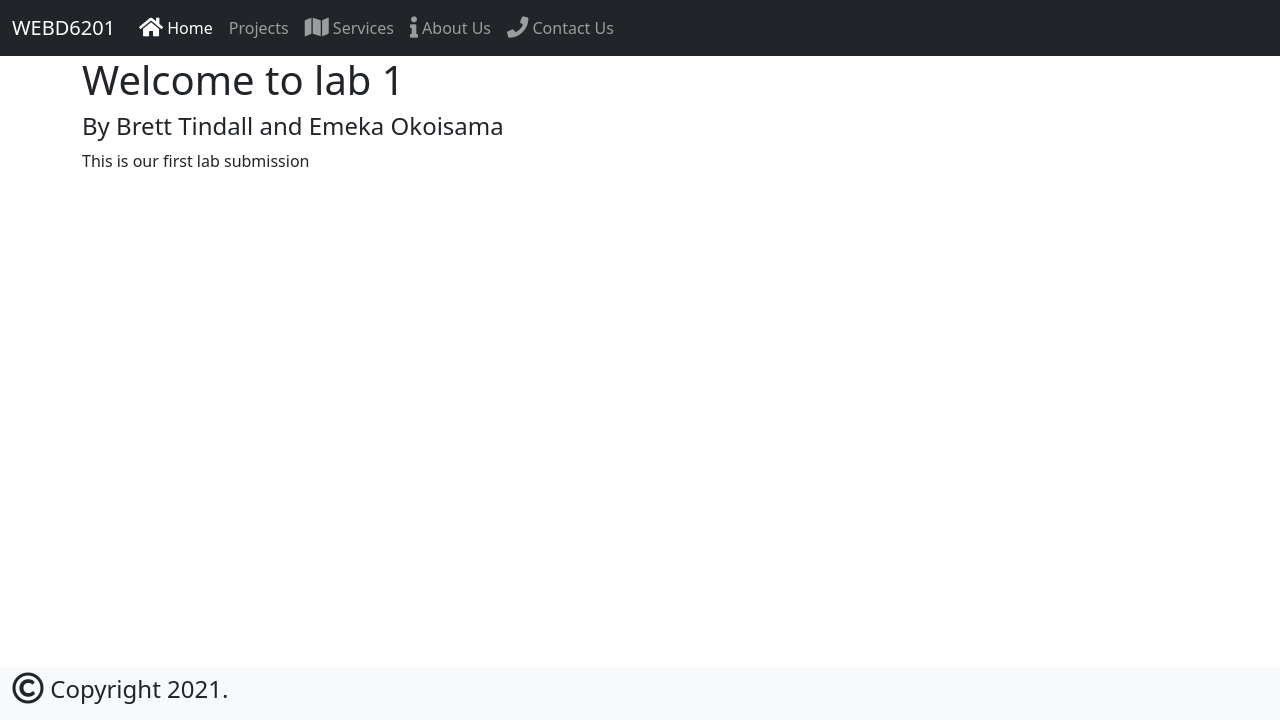
Repository: Sub4Sub/Lab_1
Page: index.html
The author's editor kept a copy of each file at every save. The page is drawn from the files as they stood at one save, then again after the next save.
The browser window is 1280 px wide. The pictures show the whole page.

Above is the page before, as saved 2021-02-04 22:12:31.

### index.html
<!DOCTYPE html>
<html lang="en">
<head>
    <meta charset="UTF-8">
    <meta name="viewport" content="width=device-width, initial-scale=1.0">
    <title>Home</title>
    <!-- CSS Section -->
    <link rel="stylesheet" href="./node_modules/bootstrap/dist/css/bootstrap.min.css">
    <link rel="stylesheet" href="./node_modules/@fortawesome/fontawesome-free/css/all.min.css">
    <link rel="stylesheet" href="./Content/app.css">
</head>
<body>
    <!-- Main Header -->
    <header>
        <!-- Main Navigation -->
        <nav class="navbar navbar-expand-lg navbar-dark bg-dark">
            <div class="container-fluid">
              <a class="navbar-brand" href="index.html">WEBD6201</a>
              <button class="navbar-toggler" type="button" data-bs-toggle="collapse" data-bs-target="#navbarSupportedContent" aria-controls="navbarSupportedContent" aria-expanded="false" aria-label="Toggle navigation">
                <span class="navbar-toggler-icon"></span>
              </button>
              <div class="collapse navbar-collapse" id="navbarSupportedContent">
                <ul class="navbar-nav me-auto mb-2 mb-lg-0">
                  <li class="nav-item">
                    <a class="nav-link active" aria-current="page" href="index.html"><i class="fas fa-home fa-lg"></i> Home</a>
                  </li>

                  <li class="nav-item">
                    <a class="nav-link" id="products" aria-current="page" href="products.html"><i class="fas fa-cog fa-lg"></i> Products</a>
                  </li>

                  <li class="nav-item">
                    <a class="nav-link" aria-current="page" href="services.html"><i class="fas fa-map fa-lg"></i> Services</a>
                  </li>

                  <li class="nav-item">
                    <a class="nav-link" aria-current="page" href="about.html"><i class="fas fa-info fa-lg"></i> About Us</a>
                  </li>

                  <li class="nav-item">
                    <a class="nav-link" aria-current="page" href="contact.html"><i class="fas fa-phone fa-lg"></i> Contact Us</a>
                  </li>
                </ul>
              </div>
            </div>
          </nav>
    </header>

    <!-- Main Content -->
    <main class="container">
    </main>

    <!-- Main Footer -->
    <footer>
        <nav class="navbar fixed-bottom navbar-light bg-light">
            <div class="container-fluid">
              <h4><i class="far fa-copyright fa-lg"></i> Copyright 2021.</h4>
            </div>
          </nav>
    </footer>

    <!-- Script Section-->
    <script src="./node_modules/jquery/dist/jquery.min.js"></script>
    <script src="./node_modules/bootstrap/dist/js/bootstrap.bundle.min.js"></script>
    <script src="./Scripts/app.js"></script>
</body>
</html>

### Scripts/app.js

"use strict";


(function()
{

    function displayHome()
    {
        let indexHeading = document.createElement("h1");

        indexHeading.setAttribute("id", "indexHeading");
        indexHeading.textContent = "Welcome to lab 1";
        //indexHeading.className = "fs-4 fw-bold";

        let mainContent = document.querySelector("main");
        mainContent.appendChild(indexHeading);

        let newDivTag = document.createElement("div");
        newDivTag.innerHTML =
        `<h4>By Brett Tindall and Emeka Okoisama</h4>
        <p id="paragraphThree"> This is our first lab submission </p>`;

        mainContent.append(newDivTag);
    }

    function displayContact()
    {
      let contactHeading = document.createElement("h1");

      contactHeading.setAttribute("id", "contactHeading");
      contactHeading.textContent = "Enter a Contact";

      let mainContent = document.querySelector("main");
      mainContent.appendChild(contactHeading);

      let newDivTag = document.createElement("div");
      newDivTag.innerHTML =
      `<div id="messageArea"></div>

      <div class="row justify-content-lg-center g-3">
        <form class="col-lg-6 col-md-10 col-sm-10">

          <div class="input-group mb-3">
            <span class="input-group-text" id="inputGroup-sizing-default">Full Name </span>
            <input id="fullName" type="text" class="form-control" aria-label="Full Name" aria-describedby="Full Name Input"
            name="fullName" required>
          </div>

          <div class="input-group mb-3">
            <span class="input-group-text" id="inputGroup-sizing-default">Contact Number</span>
            <input id="contactNumber" type="tel" class="form-control" aria-label="Contact Number" aria-describedby="Contact Number Input"
            name="contactNumber" required>
          </div>

          <div class="input-group mb-3">
            <span class="input-group-text" id="inputGroup-sizing-default">Email</span>
            <input id="emailAddress" type="email" class="form-control" aria-label="Email Address" aria-describedby="Email Address Input"
            name="emailAddress" required>
          </div>

          <button id="sendButton" type="submit" class="btn btn-primary"><i class="fas fa-envelope fa-lg"></i> Send</button>
          <button id="cancelButton" type="reset" class="btn btn-warning"><i class="fas fa-undo fa-lg"></i> Cancel</button>
        </form>
      </div>`;

      mainContent.append(newDivTag);



      let sendButton = document.getElementById("sendButton");

        sendButton.addEventListener("click", function(event){

          window.location.href = '/index.html';

        });

    }

    function Start()
    {
        console.log("App Started...");

        let productsButton = document.getElementById("products");

        productsButton.textContent = "Projects";

        switch (document.title)
        {
          case "Home":
              displayHome();
            break;
          case "About":
              displayAbout();
            break;
          case "Projects":
              displayProjects();
            break;
          case "Services":
              displayServices();
            break;
          case "Contact":
              displayContact();
            break;
        }

    }

    window.addEventListener("load", Start);

})();

Loaded but not shown: node_modules/bootstrap/dist/css/bootstrap.min.css (library); node_modules/@fortawesome/fontawesome-free/css/all.min.css (library); node_modules/jquery/dist/jquery.min.js (library); node_modules/bootstrap/dist/js/bootstrap.bundle.min.js (library); Content/app.css (no stored copy; drawn as an empty file)

After the next save:
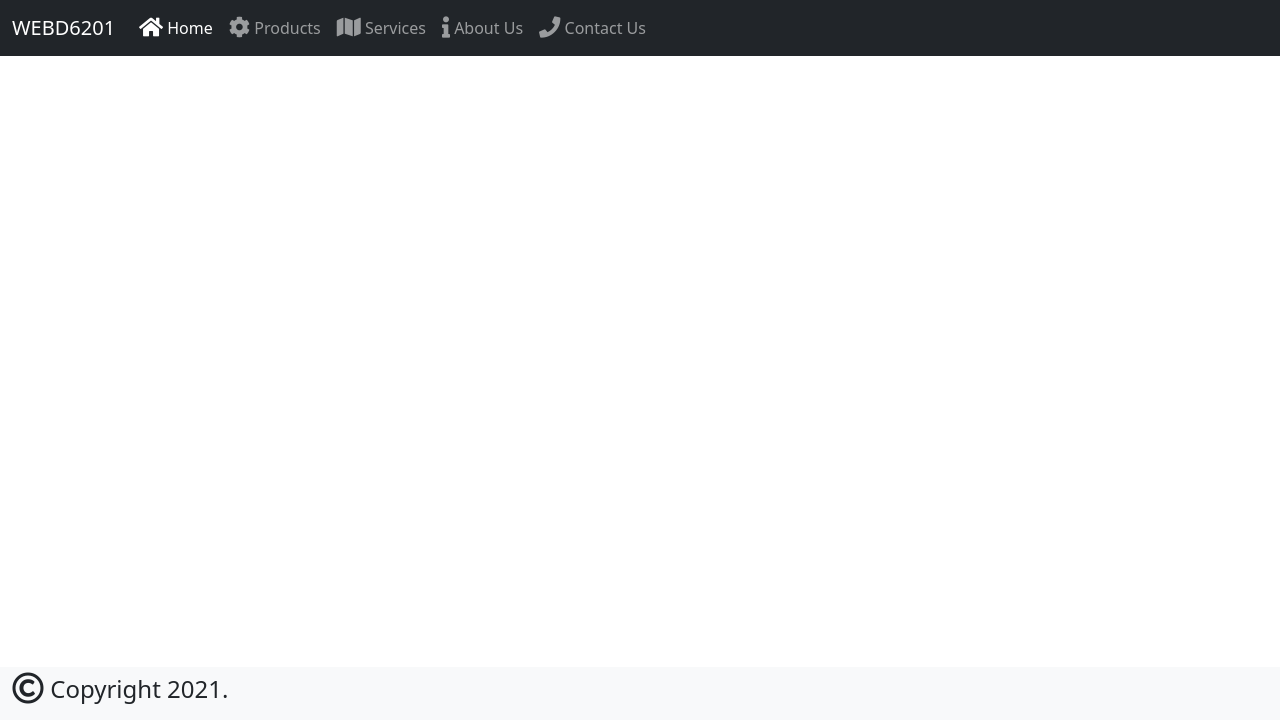
Console error: SyntaxError: Unexpected identifier 'fas'
Saved 11 s later.
--- a/Scripts/app.js
+++ b/Scripts/app.js
@@ -84,7 +84,7 @@
 
         let productsButton = document.getElementById("products");
 
-        productsButton.textContent = "Projects";
+        productsButton.textContent = "<i class="fas fa-cog fa-lg"></i> Projects";
 
         switch (document.title)
         {

After the save that followed:
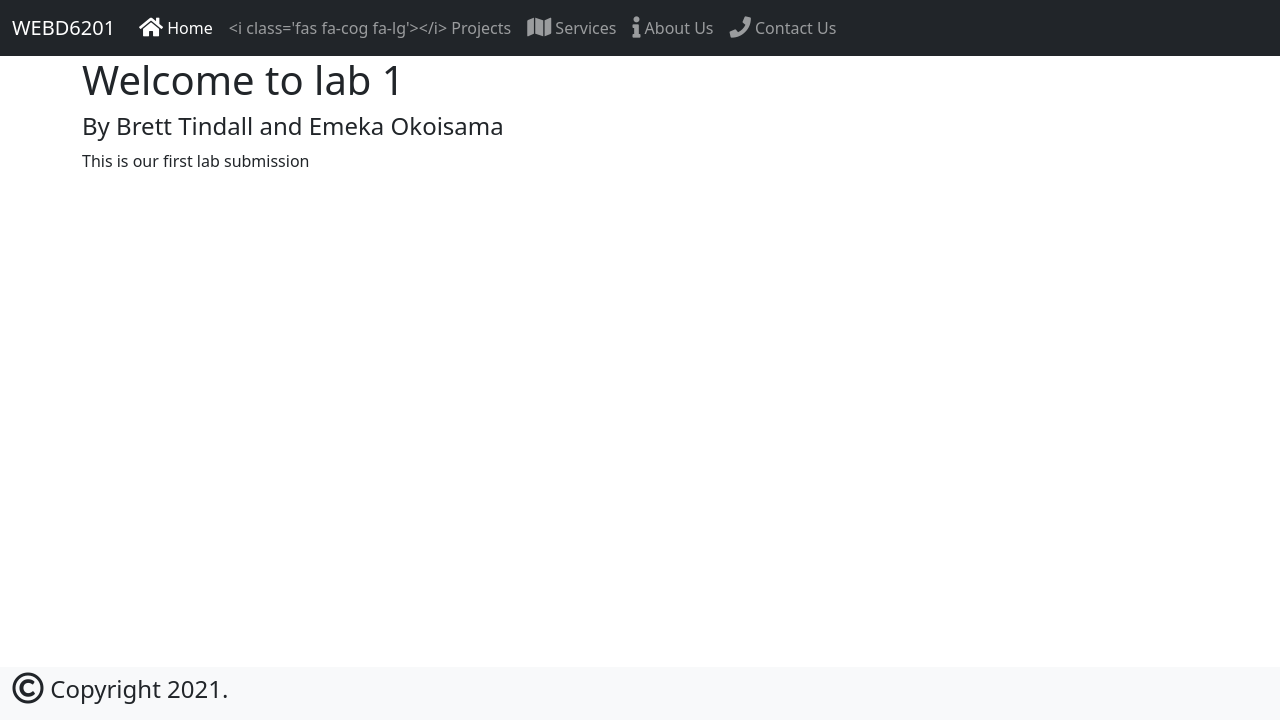
The error is gone.
Saved 8 s later.
--- a/Scripts/app.js
+++ b/Scripts/app.js
@@ -84,7 +84,7 @@
 
         let productsButton = document.getElementById("products");
 
-        productsButton.textContent = "<i class="fas fa-cog fa-lg"></i> Projects";
+        productsButton.textContent = "<i class='fas fa-cog fa-lg'></i> Projects";
 
         switch (document.title)
         {
